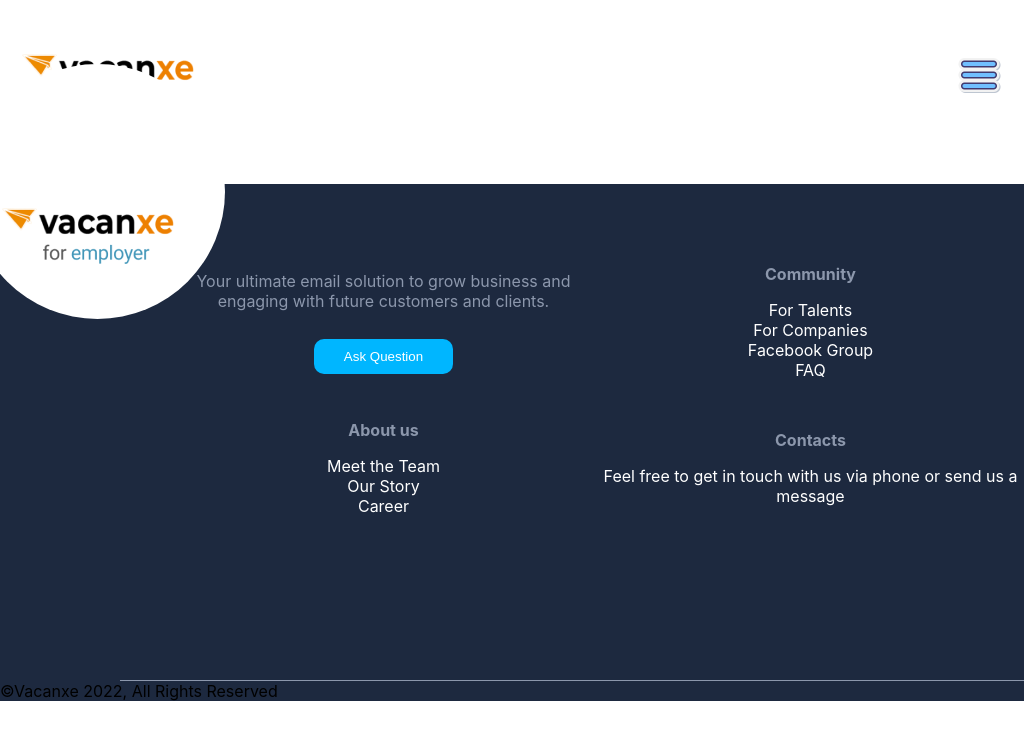
Repository: uh-sman/Vacanxe
Page: /
The author's editor kept a copy of each file at every save. The page is drawn from the files as they stood at one save, then again after the next save.
The browser window is 1024 px wide. The pictures show the whole page.
The project was rebuilt for these pictures with package versions that can differ from the ones it lists, and the page was loaded fresh each time.

Above is the page before, as saved 2022-12-03 00:22:35.

### src/App.js
import logo from "./logo.svg";
import "./App.css";
import Head from "./components/Head";

function App() {
  return (
    <div className="App">
      <Head />
    </div>
  );
}

export default App;

### src/App.css
* {
  margin: 0;
  padding: 0;
  box-sizing: border-box;
  list-style: none;
  text-decoration: none;
}
/* @keyframes App-logo-spin {
  from {
    transform: rotate(0deg);
  }
  to {
    transform: rotate(360deg);
  }
} */

### src/components/Head.js
import React from "react";
import { Footer } from "./Footer";
import { Navbar } from "./Navbar";

const Head = () => {
  return (
    <div>
      <Navbar />
      <Footer />
    </div>
  );
};

export default Head;

### src/components/Footer.jsx
import React from "react";
import logo from "../assets/logo 1.png";
import "./footer.css";
export const Footer = () => {
  return (
    <div>
      <div className="footer-section">
        <div className="image-logo">
          <img src={logo} />
        </div>
        <div className="footer-texts">
          <div className="div">
            <p className="text">
              Your ultimate email solution to grow business and engaging with
              future customers and clients.
            </p>
            <button className="button">Ask Question</button>
          </div>
          <div className="div">
            <ul>
              <h4>Community</h4>
              <li>For Talents</li>
              <li>For Companies</li>
              <li>Facebook Group</li>
              <li>FAQ</li>
            </ul>
          </div>
          <div className="div">
            <ul>
              <h4>About us</h4>
              <li>Meet the Team</li>
              <li>Our Story</li>
              <li>Career</li>
            </ul>
          </div>
          <div className="div">
            <ul>
              <h4>Contacts</h4>
              <p>
                Feel free to get in touch with us via phone or send us a message
              </p>
            </ul>
          </div>
        </div>
        <div className="div">
          <ul>
            <li>&copy;Vacanxe 2022, All Rights Reserved</li>
            <li></li>
          </ul>
        </div>
      </div>
    </div>
  );
};

### src/components/Navbar.jsx
import React from "react";
import logo from "../assets/logo 1.png";
import { data } from "./data";
import { signin } from "./data";
import "./navbar.css";
import { SideNav } from "./SideNav";
export const Navbar = () => {
  return (
    <div>
      <nav>
        <div className="navbar-container">
          <div>
            <img src={logo} />
          </div>
          <div className="navbar-nav">
            <div className="nav-list">
              {data.map(({ id, title }) => {
                return (
                  <ul key={id}>
                    <li>{title}</li>
                  </ul>
                );
              })}
            </div>
            <div className="link">
              {signin.map(({ id, title }) => {
                return (
                  <a href="" key={id}>
                    {title}
                  </a>
                );
              })}
            </div>
          </div>
          <SideNav />
        </div>
        <div></div>
      </nav>
    </div>
  );
};

### src/components/footer.css
.footer-section {
  background: #1d293f;
  /* height: 533px; */
  /* width: 1600px; */
  /* left: 127px; */
  /* top: 0px;
  border-radius: 0px; */
}

.image-logo {
  position: absolute;
  /* top: 0; */
  margin-top: -120px;
  /* left: -2px; */
  /* display: flex;
  align-items: center;
  justify-content: center; */
  background-color: white;
  padding-top: 140px;
  padding-left: 30px;
  /* width: 25%; */
  /* height: 40%; */
  /* padding: 10px; */
  height: 255px;
  width: 255px;
  left: -30px;
  /* top: -105px; */
  border-radius: 0px;

  border-radius: 50%;
}
.button {
  border: none;
  margin-top: 28px;
  color: white;
  background: #00b6ff;
  padding: 10px 30px;
  border-radius: 10px;
}
.ultimate-email {
  color: white;
  position: absolute;
  margin-top: 180px;
  padding-left: 245px;
  /* height: 84px;
  left: 21.54%;
  right: 63.06%;
  top: calc(50% - 84px / 2 - 108.5px); */
}
.footer-texts {
  color: #ffff;
  display: grid;
  padding-top: 80px;
  padding-left: 50px;
  margin-left: 120px;
  place-items: center;
  margin-top: 180px;
  grid-template-columns: 1fr 1fr 1fr 1fr;
  padding-bottom: 124px;
  border-bottom: 1px solid #8c97ac;
}
.footer-texts h4 {
  color: #8c97ac;
  margin-bottom: 16px;
}
/* .ultimate-email p {
  width: 40%;
} */
.text {
  margin-top: 100px;
  color: #8c97ac;
}

@media only screen and (min-width: 650px) and (max-width: 1200px) {
  .footer-texts {
    margin-top: 70px;
    grid-template-columns: 1fr 1fr;
    text-align: center;
  }
  .text {
    margin-top: 0px;
  }
  .div {
    margin-bottom: 40px;
  }
}
@media only screen and (max-width: 650px) {
  .footer-texts {
    grid-template-columns: 1fr;
    text-align: center;
  }
  .text {
    margin-top: 0px;
  }
  .div {
    margin-bottom: 40px;
  }
}

### src/components/data.js
export const data = [
  {
    id: 1,
    title: "Post jobs",
  },
  {
    id: 2,
    title: "Programs",
  },
  {
    id: 3,
    title: "Services",
  },
  {
    id: 4,
    title: "Pricing",
  },
];

export const signin = [
  {
    id: 1,
    title: "SignIn",
  },
  {
    id: 2,
    title: "SignOut",
  },
];

### src/components/navbar.css
.navbar-container {
  display: flex;
  justify-content: space-between;
  margin: 50px 20px;
}
.nav-list {
  display: flex;
  gap: 30px;
}
.navbar-nav {
  display: flex;
  gap: 30px;
}
.nav-list ul li {
  height: 43px;
  width: 83px;
  left: 770px;
  top: 36px;
  /* border-radius: nullpx; */
}
.link {
  /* margin-right: 80px; */
  display: flex;
  gap: 10px;
}
.link a {
  color: #4196b8;
  height: 31px;
  width: 111px;
  left: 1221px;
  top: 47px;
  /* border-radius: nullpx; */
}
.burger-img {
  width: 50px;
}
@media only screen and (max-width: 1200px) {
  .navbar-nav {
    display: none;
  }
}

### src/components/SideNav.jsx
import React, { useState } from "react";
import "./navbar.css";
import burger from "../assets/burger-menu.png";
import { data } from "./data";
export const SideNav = () => {
  const [open, setOpen] = useState(false);
  return (
    <div>
      {open ? (
        data.map(({ title, id }) => {
          return (
            <ul key={id}>
              {/* <h1></h1> */}
              <li>{title}</li>
            </ul>
          );
        })
      ) : (
        <img
          src={burger}
          className="burger-img"
          onClick={(e) => setOpen(!open)}
        />
      )}
    </div>
  );
};

Loaded but not shown: public/index.html (common file); src/index.js (common file); src/index.css (common file); src/reportWebVitals.js (common file)

After the next save:
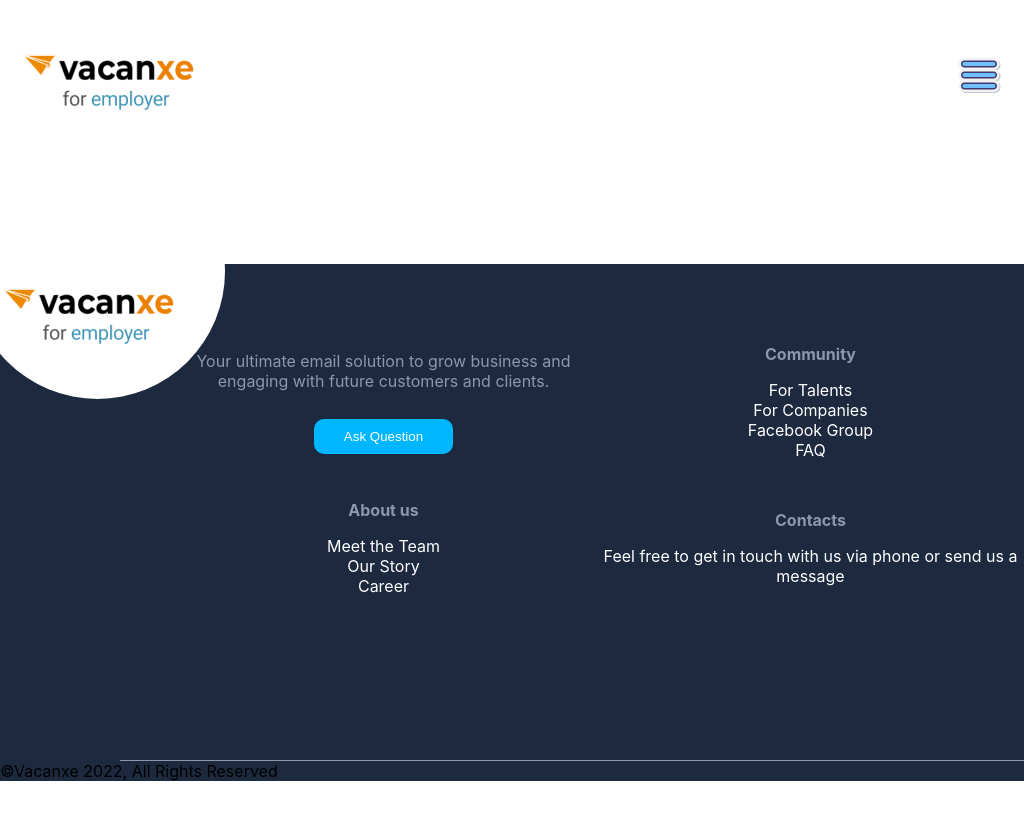
Saved 15 s later.
--- a/src/components/footer.css
+++ b/src/components/footer.css
@@ -73,7 +73,7 @@
 
 @media only screen and (min-width: 650px) and (max-width: 1200px) {
   .footer-texts {
-    margin-top: 70px;
+    margin-top: 150px;
     grid-template-columns: 1fr 1fr;
     text-align: center;
   }
